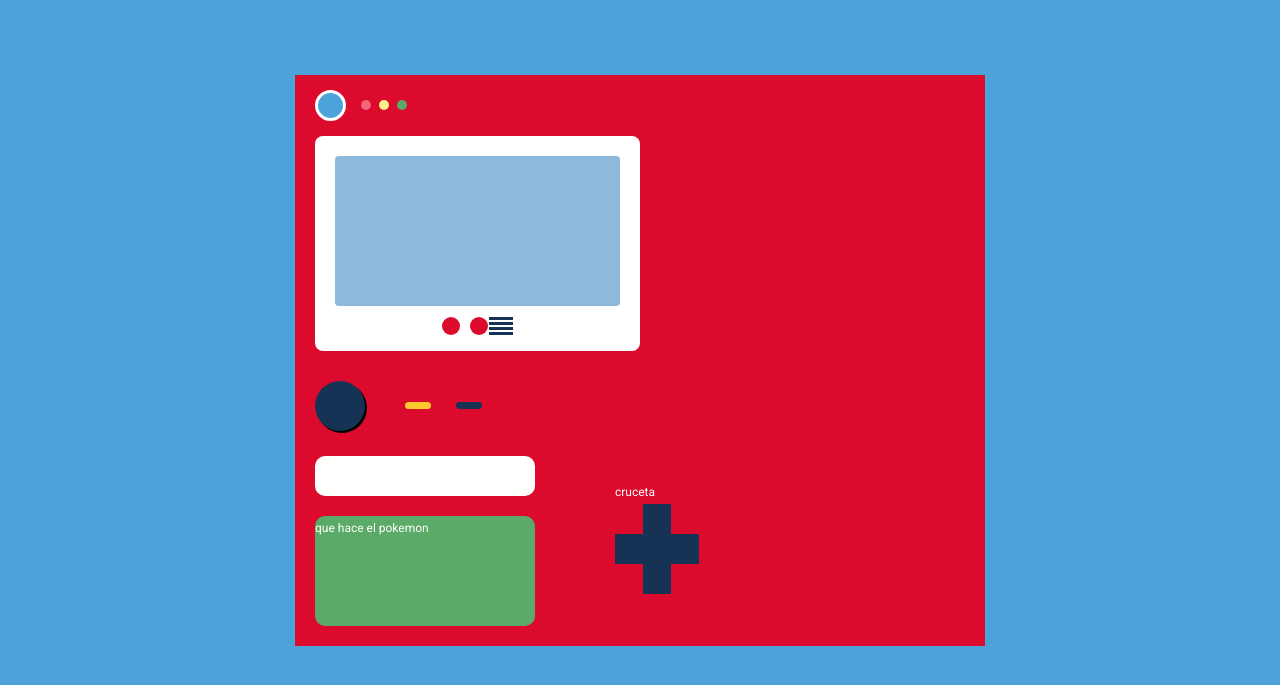
Repository: darkmantiz2/pokedex
Page: index.html
An editor plug-in stored every save of this project. The page is shown before and after the next save, followed by the edit.
The browser window is 1280 px wide. The pictures show the whole page.

Above is the page before, as saved 2022-01-25 16:10:35.

After the next save:
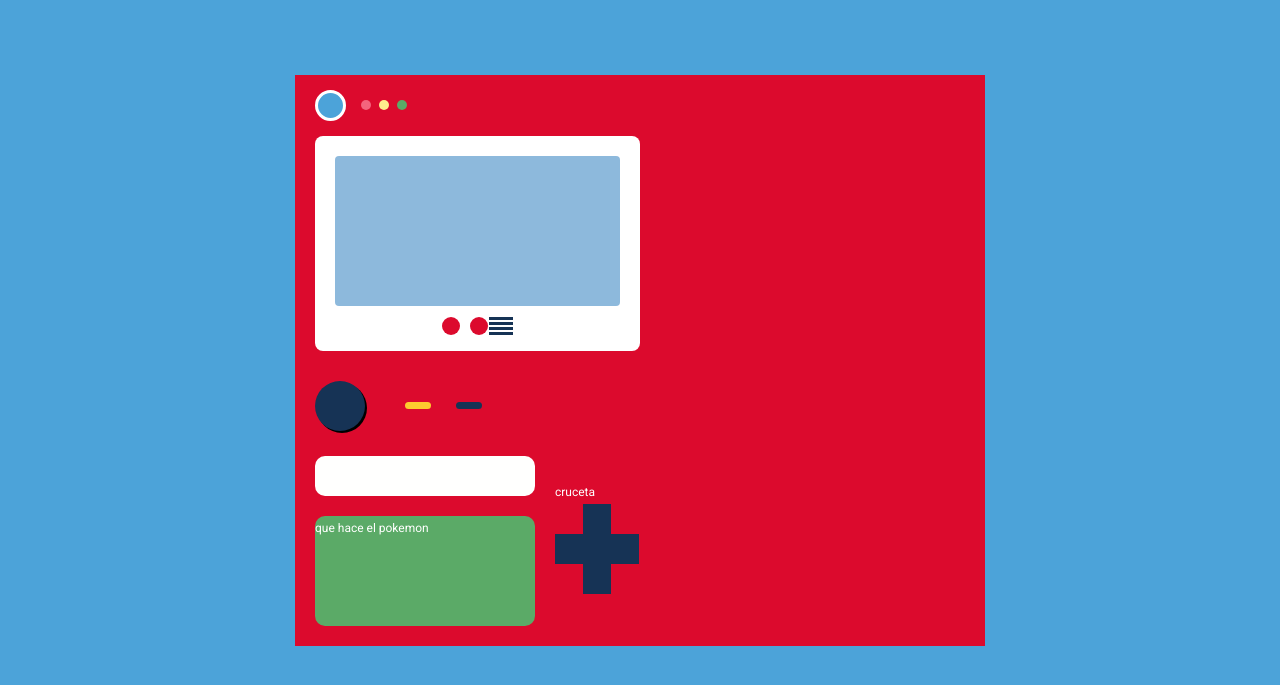
Saved 6 s later.
--- a/css/index.css
+++ b/css/index.css
@@ -195,7 +195,7 @@
   display: inline-grid;
   align-items: center;
   justify-content: center;
- margin-left: 300px;
+ margin-left: 240px;
 }
 
 .pokedex-select-button-up{
